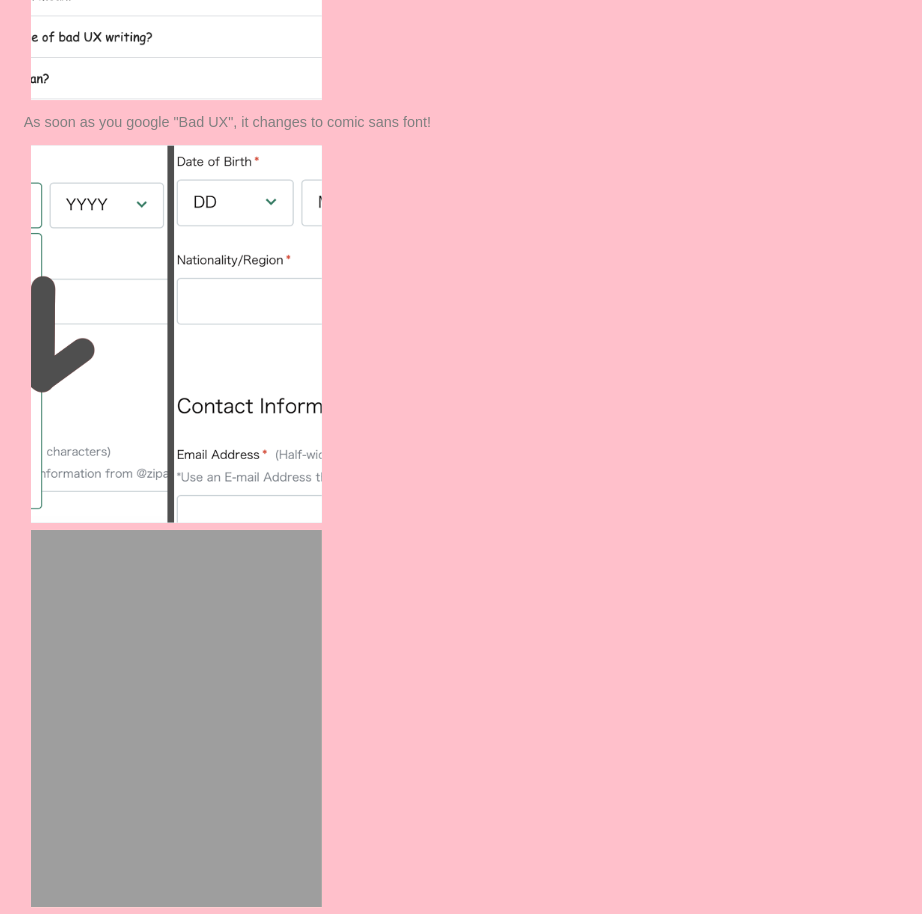
Repository: j1s00jang/MDIA-2109
Page: index.html
These files come from the project's save history. The page is drawn as it stood at one moment and after the next save; the edit follows.
The browser window is 1280 px wide. The pictures show the whole page, at 72% of full size.
Pictures or frames that could not be fetched are drawn as grey boxes.

Above is the page before, as saved 2025-02-24 14:51:07.

After the next save:
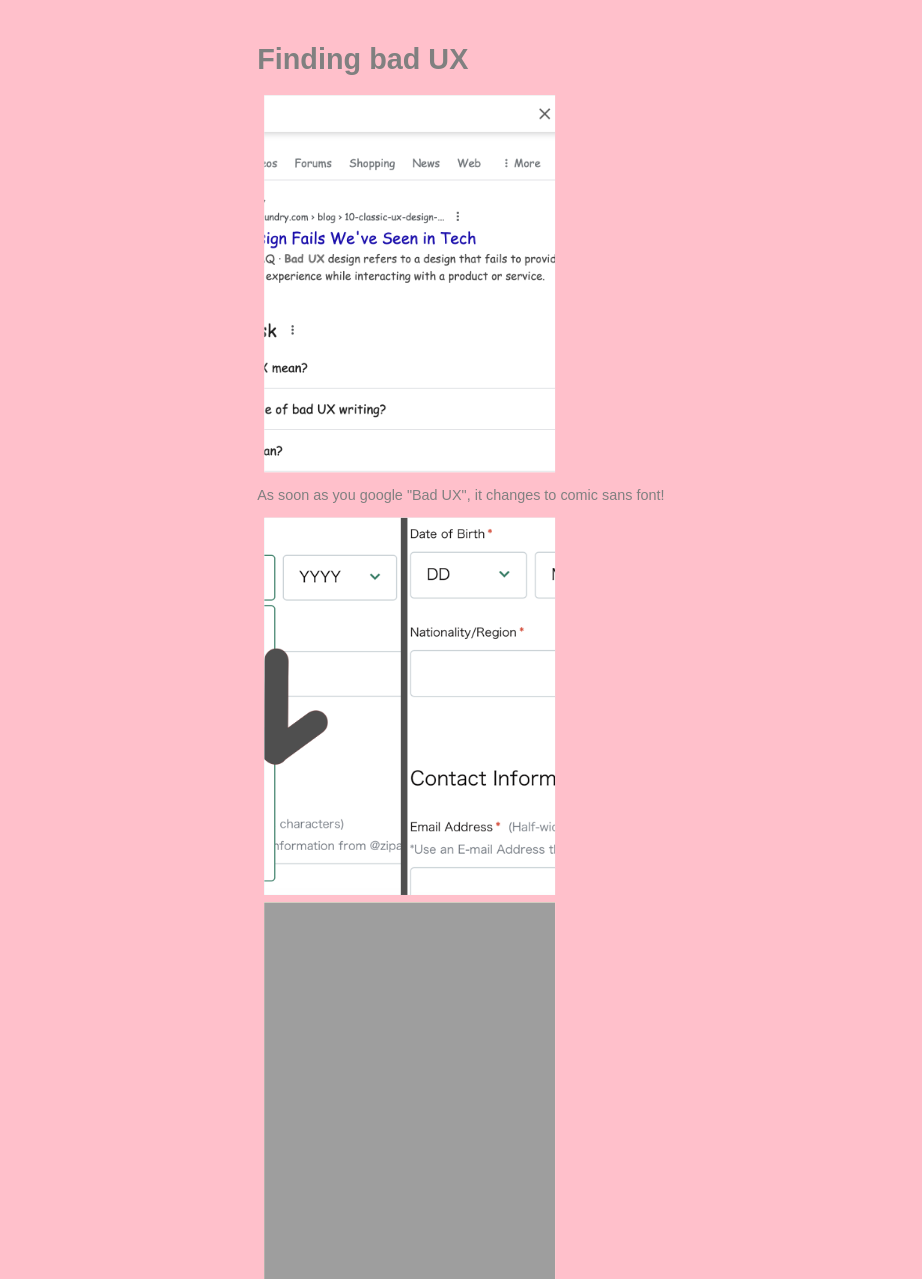
Saved 9 s later.
--- a/css/styles.css
+++ b/css/styles.css
@@ -8,7 +8,7 @@ html {
 
 body {
     display: flex;
-    align-items: center; /* 수직 가운데 정렬 */
+    justify-content: center; /* 수평 가운데 정렬 */
     height: 100vh; /* 전체 화면 높이 */
 }
 
